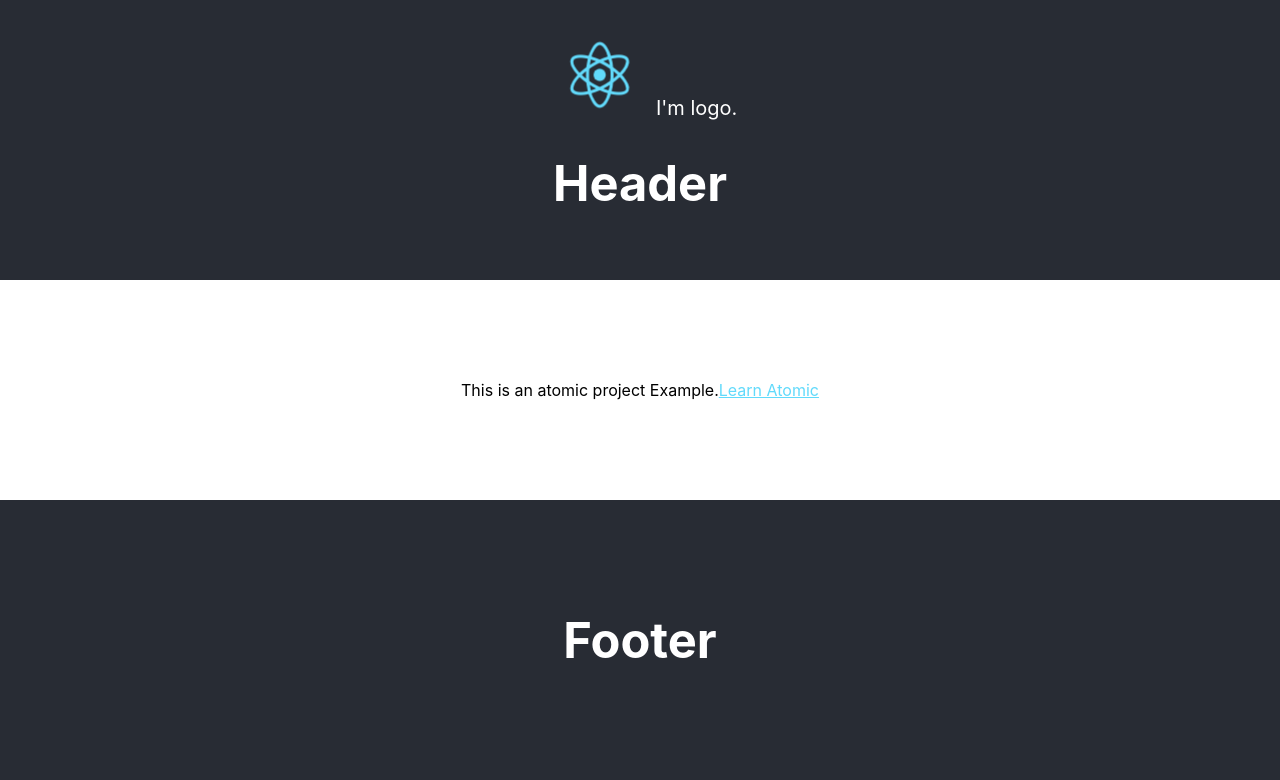
Repository: wewoor/atomic-example
Page: /
These files come from the project's save history. The page is drawn as it stood at one moment and after the next save; the edit follows.
The browser window is 1280 px wide. The pictures show the whole page.
The project was rebuilt for these pictures with package versions that can differ from the ones it lists, and the page was loaded fresh each time.

Above is the page before, as saved 2018-10-14 18:08:30.

### src/App.js
import React, { Component } from 'react';

import './App.css';

import MainPage from './pages/main';

class App extends Component {
  render() {
    return (
      <div className="App">
         <MainPage/>
      </div>
    );
  }
}

export default App;

### src/App.css
.App {
  text-align: center;
}

.App-link {
  color: #61dafb;
}

.App-content {
  padding: 100px;
}

### src/pages/main/index.js
import React, { Component } from 'react';


import HomePage from '../../components/templates/homepage';

class MainPage extends Component {
  render() {
    return (
      <div className="main">
          <HomePage>
            <div className="App-content">
                This is an atomic project Example.
                <a
                    className="App-link"
                    href="http://atomicdesign.bradfrost.com"
                    target="_blank"
                    rel="noopener noreferrer"
                >
                    Learn Atomic
                </a>

            </div>
          </HomePage>
      </div>
    );
  }
}

export default MainPage;

### src/components/templates/homepage/index.js
import React, { Component } from 'react'

import Header from '../../organisms/header';
import Footer from '../../organisms/footer';

class HomePage extends Component {
    render () {
        return (
            <div className="homepage">
                <Header/>
                {
                    this.props.children
                }
                <Footer/>
            </div>
        )
    }
}

export default HomePage

### src/components/organisms/header/index.js
import React, { Component } from 'react';

import Logo from '../../molecules/logo';
import './style.css';

class Header extends Component {
    render () {
        return (
            <header className="App-header">
                <Logo />
                <h1>Header</h1>
            </header>
        )
    }
}

export default Header

### src/components/organisms/footer/index.js
import React, { Component } from 'react'

import './style.css';
class Footer extends Component {
    render () {
        const defaultContent = <h1>Footer</h1>;
        return (
            <div className="App-footer">
                {this.props.children || defaultContent }
            </div>
        )
    }
}

export default Footer

### src/components/molecules/logo/index.js
import React, { Component } from 'react';

import Image from '../../atoms/img';
import './style.css';

class Logo extends Component {
    render () {
        return (
            <div className="logo">
                <Image className="App-logo" name="logo.svg" />
                <span style={{fontSize: 20}}>I'm logo.</span>
            </div>
        )
    }
}

export default Logo;

### src/components/organisms/header/style.css
.App-header {
    background-color: #282c34;
    display: flex;
    flex-direction: column;
    align-items: center;
    justify-content: center;
    font-size: calc(10px + 2vmin);
    color: white;
    height: 200px;
    padding: 40px;
  }

### src/components/organisms/footer/style.css

.App-footer {
    background-color: #282c34;
    display: flex;
    flex-direction: column;
    align-items: center;
    justify-content: center;
    font-size: calc(10px + 2vmin);
    color: white;
    height: 200px;
    padding: 40px;
}

### src/components/atoms/img/index.js
import React, { Component } from 'react';

const baseUrl = '/img';
// eslint-disable-next-line

class Image extends Component {
    render () {
        const { name, className } = this.props;
        return (
            <img className={`m-image ${className}`} src={`${baseUrl}/${name}`} />
        )
    }
}

export default Image

### src/components/molecules/logo/style.css

.App-logo {
    animation: App-logo-spin infinite 20s linear;
    height: 80px;
  }

  @keyframes App-logo-spin {
    from {
      transform: rotate(0deg);
    }
    to {
      transform: rotate(360deg);
    }
  }

Loaded but not shown: public/index.html (common file); src/index.js (common file); src/index.css (common file); src/serviceWorker.js (common file)

After the next save:
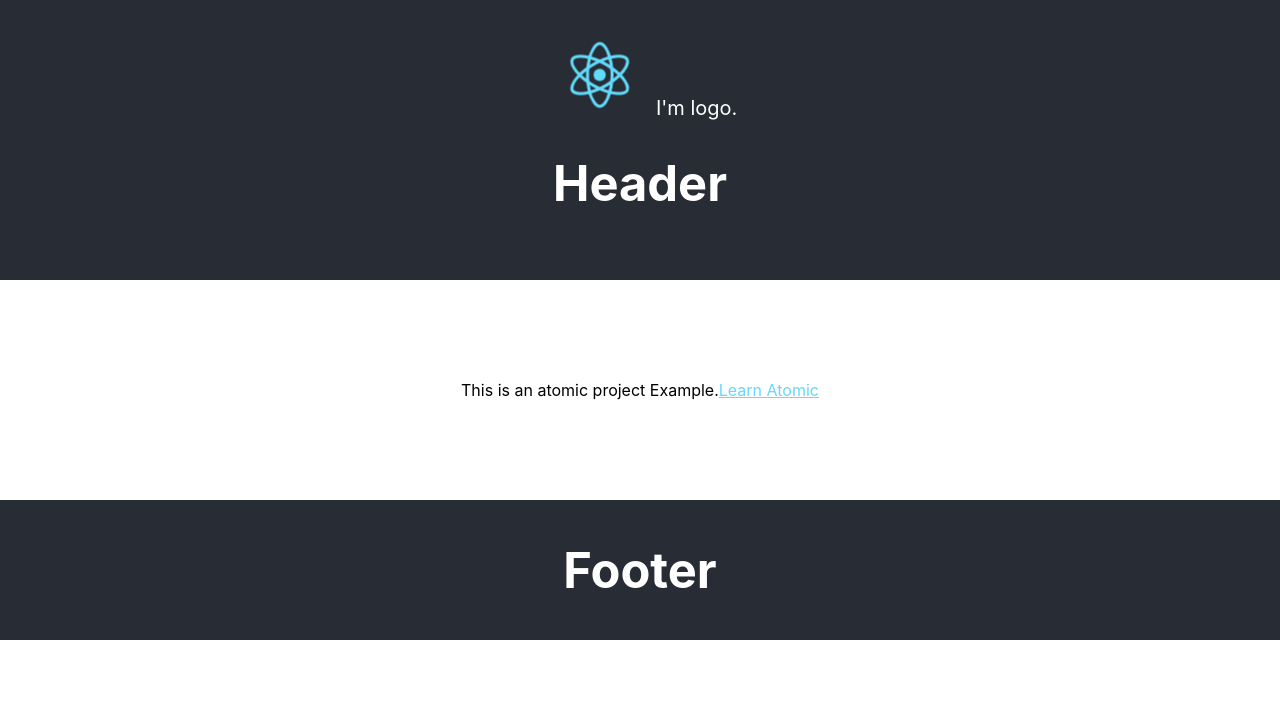
Saved 10 s later.
--- a/src/components/organisms/footer/style.css
+++ b/src/components/organisms/footer/style.css
@@ -7,6 +7,6 @@
     justify-content: center;
     font-size: calc(10px + 2vmin);
     color: white;
-    height: 200px;
-    padding: 40px;
+    height: 100px;
+    padding: 20px;
 }
